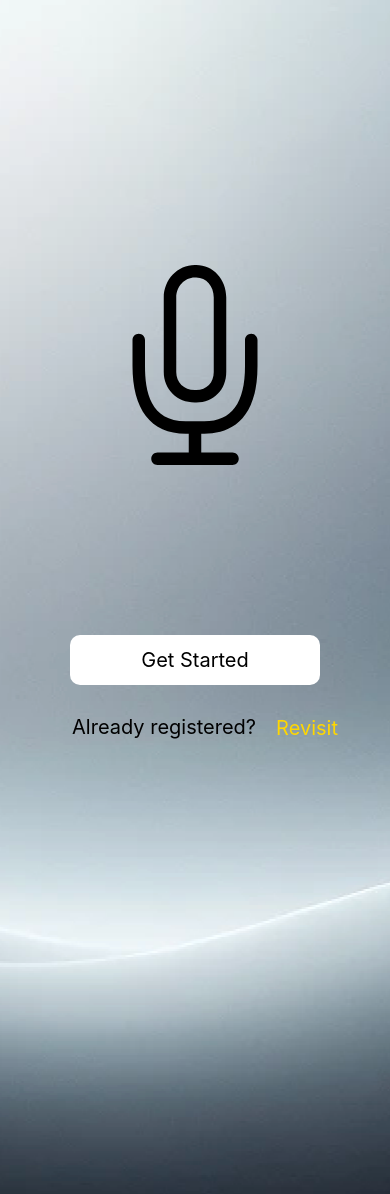
Repository: mortiestmorty1/recordings-app
Screen: / (app in frontend/)
These files come from the project's save history. The screen is drawn as it stood at one moment and after the next save; the edit follows.
The app was drawn by React Native's web renderer in a window 390 px wide. The project was rebuilt for these pictures with package versions that can differ from the ones it lists, and the page was loaded fresh each time. Also part of the build but not shown: frontend/components/registerUser.js.

Above is the screen before, as saved 2024-03-08 02:03:59.

After the next save:
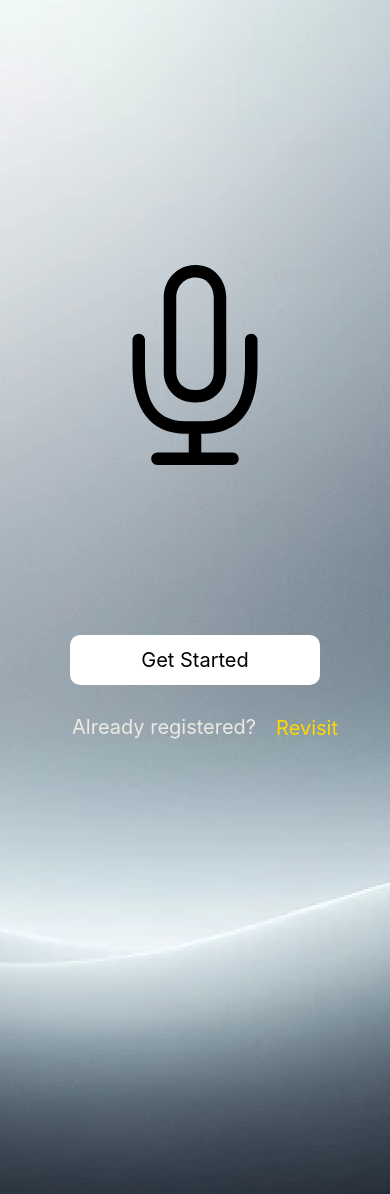
Saved 2 min 24 s later.
--- a/frontend/components/firstscreen.js
+++ b/frontend/components/firstscreen.js
@@ -50,6 +50,7 @@ const styles = StyleSheet.create({
   text: {
     fontSize: 20,
     margin: 20,
+    color: '#ECEAE2',
   },
   content: {
     justifyContent: 'center',
